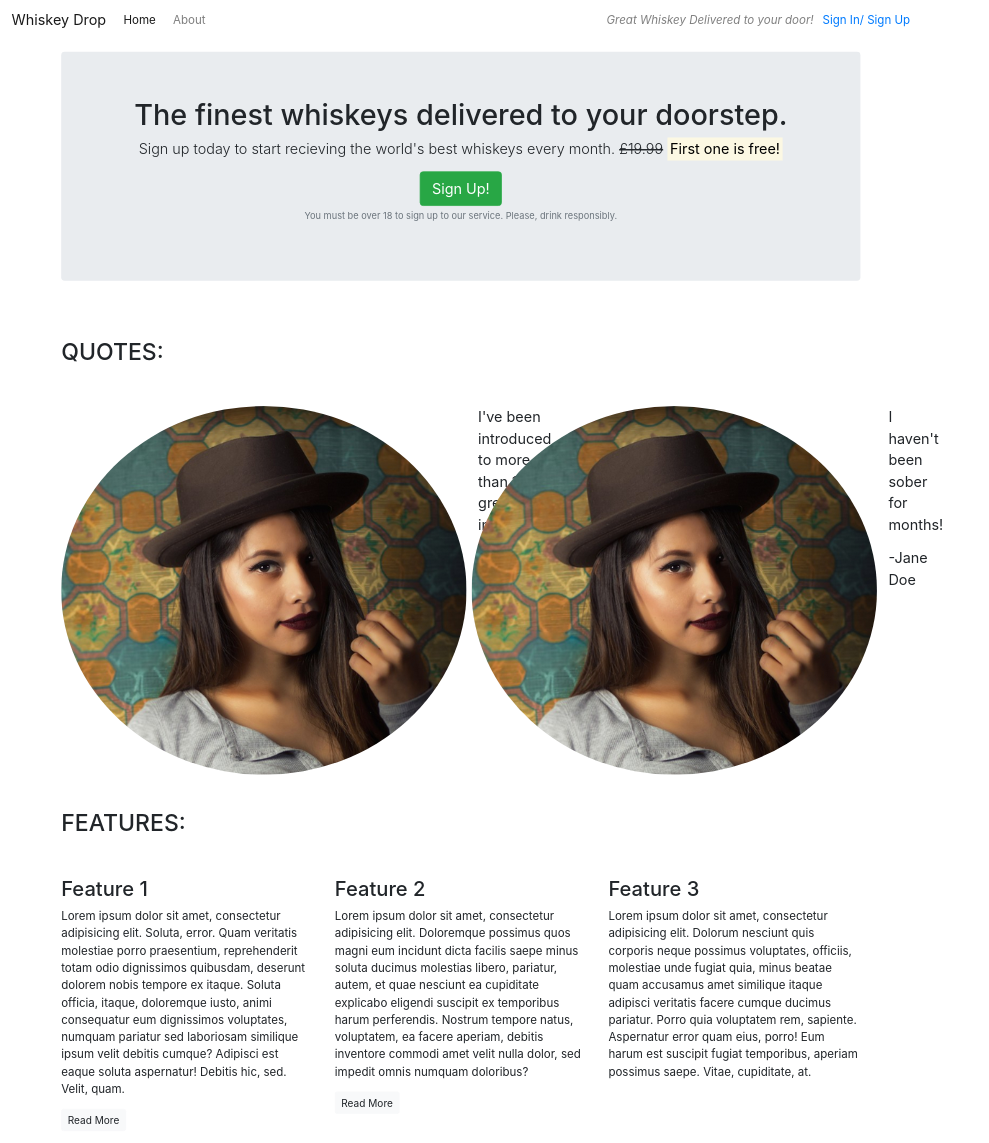
Repository: Leannald13/whiskey-project
Page: index.html
The author's editor kept a record of every edit. The page is drawn from the files as they stood at one moment, then again after the next edit.
The browser window is 1280 px wide. The page is 1310 px wide, then 1374 px, so the pictures cover 1374 px, including what lies to the right of the window. The pictures show the whole page, at 72% of full size.

Above is the page before.
Console error: TypeError: Cannot read properties of undefined (reading 'fn')

### index.html
<!DOCTYPE html>
<html lang="en">

<head>
    <meta charset="UTF-8">
    <meta name="viewport" content="width=device-width, initial-scale=1.0">
    <meta http-equiv="X-UA-Compatible" content="ie=edge">
    <link rel="stylesheet" href="https://stackpath.bootstrapcdn.com/bootstrap/4.1.3/css/bootstrap.min.css" integrity="sha384-MCw98/SFnGE8fJT3GXwEOngsV7Zt27NXFoaoApmYm81iuXoPkFOJwJ8ERdknLPMO" crossorigin="anonymous">
    <script src="https://stackpath.bootstrapcdn.com/bootstrap/4.1.3/js/bootstrap.min.js" integrity="sha384-ChfqqxuZUCnJSK3+MXmPNIyE6ZbWh2IMqE241rYiqJxyMiZ6OW/JmZQ5stwEULTy" crossorigin="anonymous"></script>
    <title>Whiskey Drop: Taste a new whiskey every month</title>
</head>

<body>
    <nav class="navbar navbar-light bg-navbar navbar-expand-sm">
        <a href="/" class="navbar-brand">Whiskey Drop</a>
        <ul class="navbar-nav mr-auto">
            <li class="active nav-item mr-2"><a class="nav-link" href="/">Home</a></li>
            <li class="nav-item mr-2"><a class="nav-link" href="/about">About</a></li>
            <li class="nav-item mr-2 d-block d-sm-none"><a class="nav-link" href="/login">Sign In/ Sign Up!</a></li>
        </ul>
        <div class="d-none d-md-block">
            <p class="navbar-text my-auto mr-2"><i>Great Whiskey Delivered to your door!</i></p>
            <a href="/login">Sign In/ Sign Up</a>
        </div>
    </nav>
    <article class="container mt-3">
        <div class="row">
            <div class="col-12">
                <section class="callout jumbotron text-center">
                    <h1>The finest whiskeys delivered to your doorstep.</h1>
                    <p class="lead">Sign up today to start recieving the world's best whiskeys every month.
                        <s class="d-none d-sm-inline">£19.99</s>
                        <span class="d-inline d-sm-none"><br></span>
                        <strong><mark>First one is free!</mark></strong></p>
                    <button class="btn btn-success btn-lg">Sign Up!</button>
                    <p class="text-muted"><small>You must be over 18 to sign up to our service. Please, drink responsibly.</small></p>
                </section>
            </div>
        </div>
        <section class="quotes">
            <div class="row">
                <div class="col-12 my-5">
                    <h2 class="text-uppercase">Quotes:</h2>
                </div>
            </div>
            <div class="row">
                <div class="col-12 col-md-6">
                    <div class="media">
                        <img src="images/girl-image.png" class="rounded-circle mr-3 height=100 weight=100">
                        <div class="media-body">
                            <blockquote class="blockquote">
                                <p>I've been introduced to more than 10 great international whiskeys I knew about.</p>
                                <p>-Jane Doe</p>
                            </blockquote>
                        </div>
                    </div>
                </div>
                <div class="col-12 col-md-6">
                    <div class="media">
                        <img src="images/girl-image.png" class="rounded-circle mr-3 height=100 weight=100">
                        <div class="media-body">
                    <blockquote class="blockquote">
                        <p>I haven't been sober for months!</p>
                        <p>-Jane Doe</p>
                    </blockquote>
                    </div>
                    </div>
                </div>
            </div>
        </section>
        <section class="features">
            <div class="row">
                <div class="col-12 my-5">
                    <h2 class="text-uppercase">Features:</h2>
                </div>
            </div>
            <div class="row">
                <div class="col-12 col-md-6 col-lg-4">
                    <div class="feature">
                        <h3>Feature 1</h3>
                        <p>Lorem ipsum dolor sit amet, consectetur adipisicing elit. Soluta, error. Quam veritatis molestiae porro praesentium, reprehenderit totam odio dignissimos quibusdam, deserunt dolorem nobis tempore ex itaque. Soluta officia, itaque,
                            doloremque iusto, animi consequatur eum dignissimos voluptates, numquam pariatur sed laboriosam similique ipsum velit debitis cumque? Adipisci est eaque soluta aspernatur! Debitis hic, sed. Velit, quam.</p>
                        <p><a class="btn btn-sm btn-light" href="">Read More</a></p>
                    </div>
                </div>
                <div class="col-12 col-md-6 col-lg-4">
                    <div class="feature">
                        <h3>Feature 2</h3>
                        <p>Lorem ipsum dolor sit amet, consectetur adipisicing elit. Doloremque possimus quos magni eum incidunt dicta facilis saepe minus soluta ducimus molestias libero, pariatur, autem, et quae nesciunt ea cupiditate explicabo eligendi
                            suscipit ex temporibus harum perferendis. Nostrum tempore natus, voluptatem, ea facere aperiam, debitis inventore commodi amet velit nulla dolor, sed impedit omnis numquam doloribus?</p>
                        <p><a class="btn btn-sm btn-light" href="">Read More</a></p>
                    </div>
                </div>
                <div class="col-12 d-md-none d-lg-block col-lg-4">
                    <div class="feature">
                        <h3>Feature 3</h3>
                        <p>Lorem ipsum dolor sit amet, consectetur adipisicing elit. Dolorum nesciunt quis corporis neque possimus voluptates, officiis, molestiae unde fugiat quia, minus beatae quam accusamus amet similique itaque adipisci veritatis facere
                            cumque ducimus pariatur. Porro quia voluptatem rem, sapiente. Aspernatur error quam eius, porro! Eum harum est suscipit fugiat temporibus, aperiam possimus saepe. Vitae, cupiditate, at.</p>
                    </div>
                </div>
            </div>


        </section>
    </article>

</body>

</html>

After the next edit:
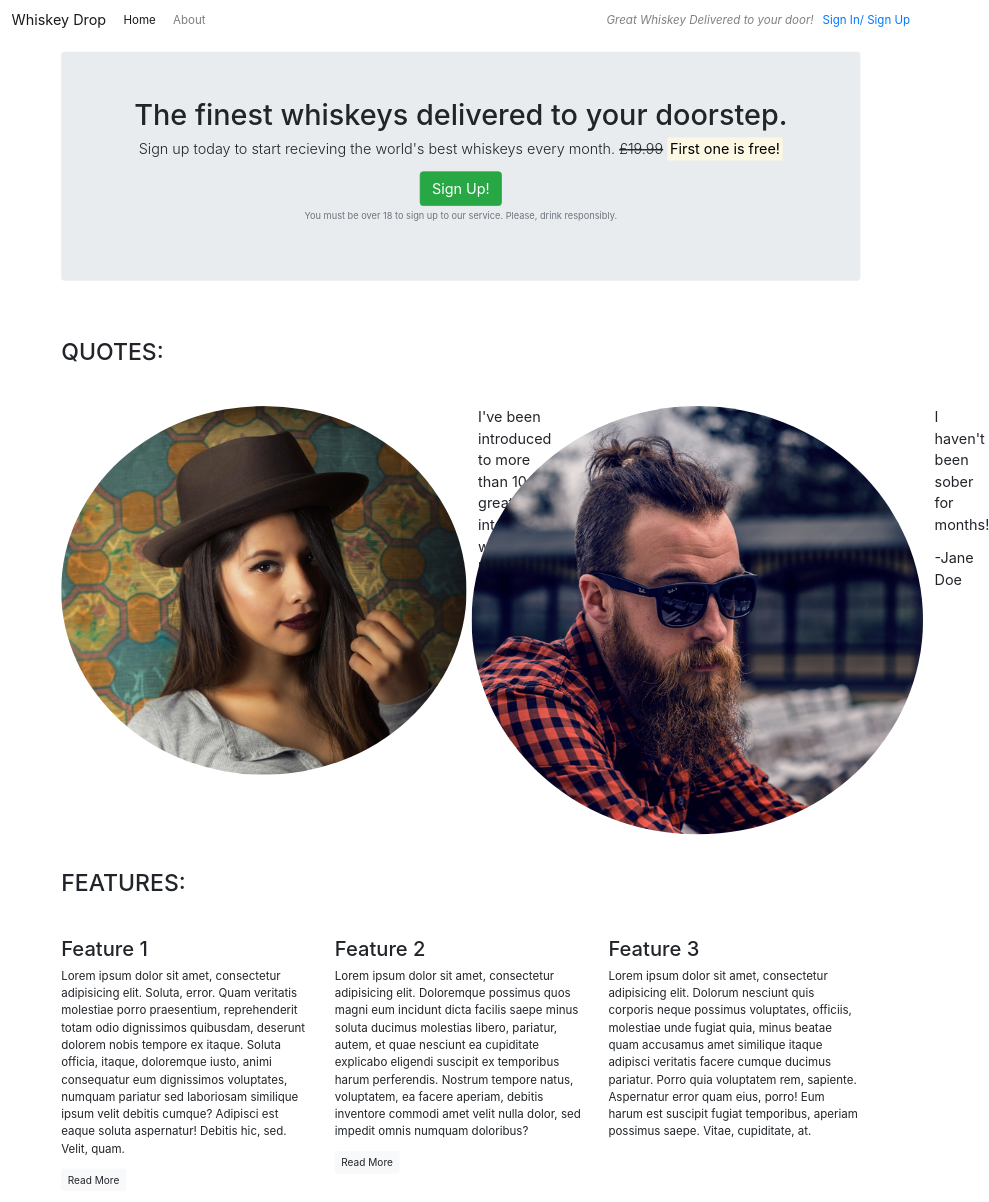
The edit:
--- a/index.html
+++ b/index.html
@@ -57,7 +57,7 @@
                 </div>
                 <div class="col-12 col-md-6">
                     <div class="media">
-                        <img src="images/girl-image.png" class="rounded-circle mr-3 height=100 weight=100">
+                        <img src="images/guy-image.png" class="rounded-circle mr-3 height=100 weight=100">
                         <div class="media-body">
                     <blockquote class="blockquote">
                         <p>I haven't been sober for months!</p>
